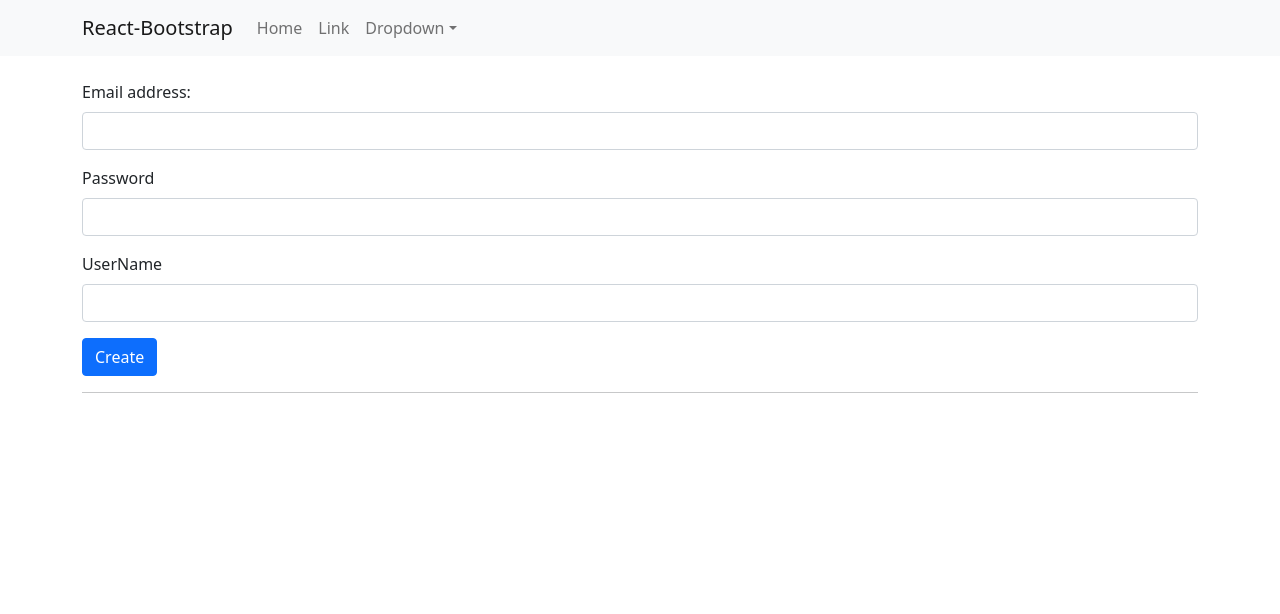
Repository: nnbxxx/-Redux-Ultimate---Redux
Page: /
These files come from the project's save history. The page is drawn as it stood at one moment and after the next save; the edit follows.
The browser window is 1280 px wide. The pictures show the whole page.
The page's requests for data from a server got no answer. The project was rebuilt for these pictures with package versions that can differ from the ones it lists, and the page was loaded fresh each time. No one was signed in, and anything a server would have sent is missing.

Above is the page before, as saved 2023-04-22 08:20:31.

### src/index.js
import React from "react";
import ReactDOM from "react-dom";
import "./index.css";
import App from "./App";
import reportWebVitals from "./reportWebVitals";
import { Provider } from "react-redux";
import store from "./redux/store";
import "bootstrap/dist/css/bootstrap.min.css";
ReactDOM.render(
  <Provider store={store}>
    <React.StrictMode>
      <App />
    </React.StrictMode>
  </Provider>,
  document.getElementById("root")
);

// If you want to start measuring performance in your app, pass a function
// to log results (for example: reportWebVitals(console.log))
// or send to an analytics endpoint. Learn more: https://bit.ly/CRA-vitals
reportWebVitals();

### src/App.js
import logo from "./logo.svg";
// import "./App.css";
import { increaseCounter, decreaseCounter } from "./action/actions.js";
import { connect, useDispatch, useSelector } from "react-redux";
import axios from "axios";
import { useEffect } from "react";
import Home from "./components/Home";
function App(props) {
  const dispatch = useDispatch();
  const count = useSelector((state) => {
    return state.counter.count;
  });
  const fetchAllUser = async () => {
    const re = await axios.get("http://localhost:8080/users/all");
    const data = re && re.data ? re.data : [];
  };
  useEffect(() => {
    fetchAllUser();
  }, []);
  return (
    <div className='App'>
      {/* <header className='App-header'>
        <img src={logo} className='App-logo' alt='logo' />
        <h1>Hello world with React and Hoi Dan IT!</h1>
        <div>Count: {count}</div>

        <button onClick={() => dispatch(increaseCounter())}>
          Increase Count
        </button>

        <button onClick={() => dispatch(decreaseCounter())}>
          Decrease Count
        </button>
      </header> */}
      <Home />
    </div>
  );
}
// const mapStateToProps = (state) => {
//   return {
//     count: state.counter.count,
//   };
// };

// const mapDispatchToProps = (dispatch) => {
//   return {
//     increaseCounter: () => dispatch(increaseCounter()),

//     decreaseCounter: () => dispatch(decreaseCounter()),
//   };
// };

// export default connect(mapStateToProps, mapDispatchToProps)(App);
export default App;

### src/redux/store.js
import { createStore } from "redux";

import rootReducer from "../reducer/rootReducer.js";
import { composeWithDevTools } from "redux-devtools-extension";
const store = createStore(rootReducer, composeWithDevTools());

export default store;

### src/action/actions.js
import { INCREMENT, DECREMENT } from "./types.js";

export const increaseCounter = () => {
  return {
    type: INCREMENT,
  };
};

export const decreaseCounter = () => {
  return {
    type: DECREMENT,
  };
};

### src/components/Home.js
import FormAddNew from "./FormAddNew";
import Header from "./Header";
import TableUser from "./TableUser";

const Home = (props) => {
  return (
    <>
      <Header />
      <FormAddNew />
      <TableUser />
    </>
  );
};
export default Home;

### src/reducer/rootReducer.js
import { combineReducers } from "redux";

import counterReducer from "./counterReducer.js";

const rootReducer = combineReducers({
  counter: counterReducer,
});

export default rootReducer;

### src/action/types.js
export const INCREMENT = "INCREMENT";

export const DECREMENT = "DECREMENT";

### src/components/FormAddNew.js
import Container from "react-bootstrap/Container";
import Button from "react-bootstrap/Button";
import Form from "react-bootstrap/Form";

const FormAddNew = (props) => {
  return (
    <>
      <Container>
        <br />
        <Form>
          <Form.Group className='mb-3'>
            <Form.Label>Email address: </Form.Label>
            <Form.Control type='email' />
          </Form.Group>
          <Form.Group className='mb-3'>
            <Form.Label>Password</Form.Label>
            <Form.Control type='password' />
          </Form.Group>
          <Form.Group className='mb-3'>
            <Form.Label>UserName</Form.Label>
            <Form.Control type='text' />
          </Form.Group>
        </Form>
        <Button variant='primary'>Create</Button>
      </Container>
    </>
  );
};
export default FormAddNew;

### src/components/Header.js
import Container from "react-bootstrap/Container";
import Nav from "react-bootstrap/Nav";
import Navbar from "react-bootstrap/Navbar";
import NavDropdown from "react-bootstrap/NavDropdown";
const Header = () => {
  return (
    <>
      <Navbar bg='light' expand='lg'>
        <Container>
          <Navbar.Brand href='#home'>React-Bootstrap</Navbar.Brand>
          <Navbar.Toggle aria-controls='basic-navbar-nav' />
          <Navbar.Collapse id='basic-navbar-nav'>
            <Nav className='me-auto'>
              <Nav.Link href='#home'>Home</Nav.Link>
              <Nav.Link href='#link'>Link</Nav.Link>
              <NavDropdown title='Dropdown' id='basic-nav-dropdown'>
                <NavDropdown.Item href='#action/3.1'>Action</NavDropdown.Item>
                <NavDropdown.Item href='#action/3.2'>
                  Another action
                </NavDropdown.Item>
                <NavDropdown.Item href='#action/3.3'>
                  Something
                </NavDropdown.Item>
                <NavDropdown.Divider />
                <NavDropdown.Item href='#action/3.4'>
                  Separated link
                </NavDropdown.Item>
              </NavDropdown>
            </Nav>
          </Navbar.Collapse>
        </Container>
      </Navbar>
    </>
  );
};
export default Header;

### src/components/TableUser.js
import Container from "react-bootstrap/Container";
import Table from "react-bootstrap/Table";
const TableUser = (props) => {
  return (
    <Container>
      <hr />
    </Container>
  );
};
export default TableUser;

### src/reducer/counterReducer.js
import { INCREMENT, DECREMENT } from "../action/types.js";

const INITIAL_STATE = {
  count: 0,
};

const reducer = (state = INITIAL_STATE, action) => {
  switch (action.type) {
    case INCREMENT:
      return {
        ...state,
        count: state.count + 1,
      };

    case DECREMENT:
      return {
        ...state,
        count: state.count - 1,
      };

    default:
      return state;
  }
};

export default reducer;

Loaded but not shown: public/index.html (common file); src/index.css (common file); src/reportWebVitals.js (common file)

After the next save:
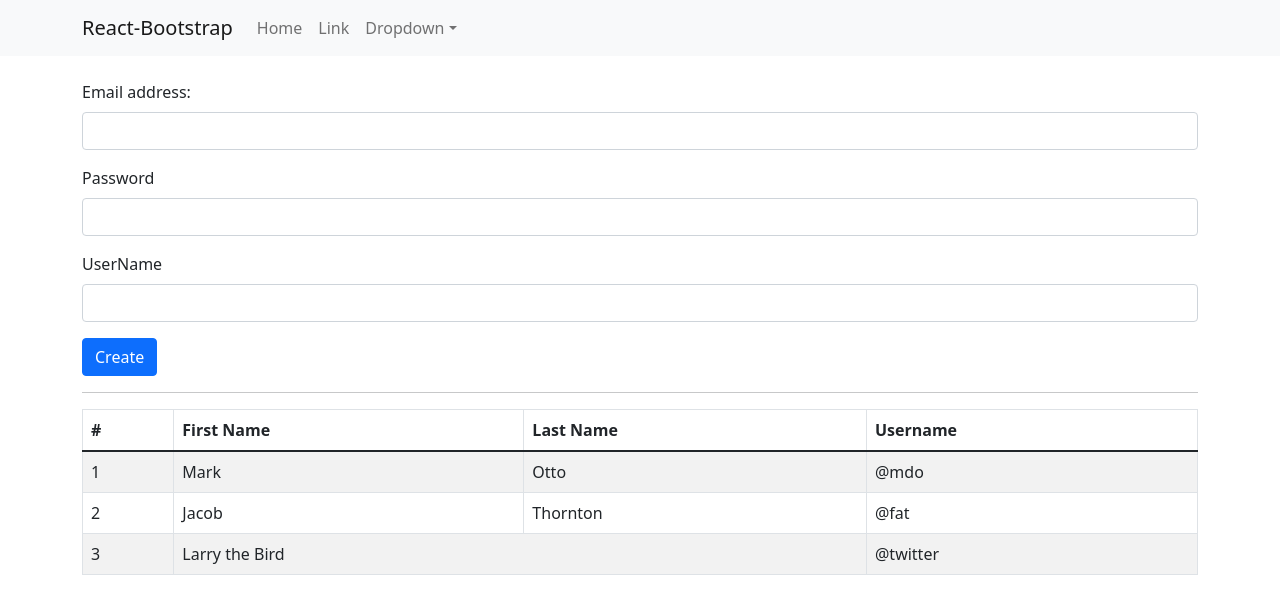
Saved 13 s later.
--- a/src/components/TableUser.js
+++ b/src/components/TableUser.js
@@ -4,6 +4,35 @@ const TableUser = (props) => {
   return (
     <Container>
       <hr />
+      <Table striped bordered hover>
+        <thead>
+          <tr>
+            <th>#</th>
+            <th>First Name</th>
+            <th>Last Name</th>
+            <th>Username</th>
+          </tr>
+        </thead>
+        <tbody>
+          <tr>
+            <td>1</td>
+            <td>Mark</td>
+            <td>Otto</td>
+            <td>@mdo</td>
+          </tr>
+          <tr>
+            <td>2</td>
+            <td>Jacob</td>
+            <td>Thornton</td>
+            <td>@fat</td>
+          </tr>
+          <tr>
+            <td>3</td>
+            <td colSpan={2}>Larry the Bird</td>
+            <td>@twitter</td>
+          </tr>
+        </tbody>
+      </Table>
     </Container>
   );
 };
